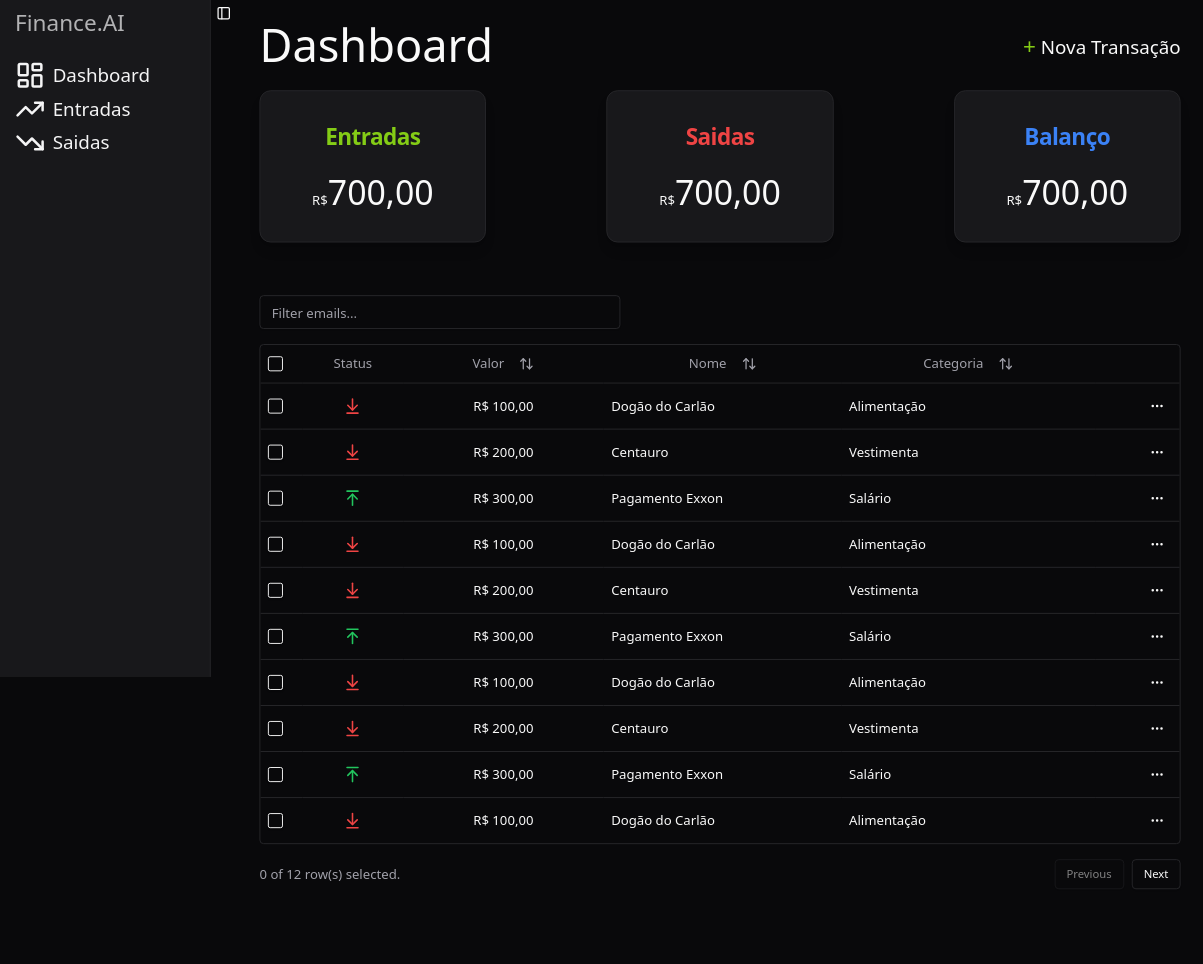
Repository: jvmotadev/web1front
Page: /
These files come from the project's save history. The page is drawn as it stood at one moment and after the next save; the edit follows.
The browser window is 1280 px wide. The pictures show the whole page, at 94% of full size.
The project was rebuilt for these pictures with package versions that can differ from the ones it lists, and the page was loaded fresh each time. Also part of the build but not shown: vite.config.ts, src/components/ui/separator.tsx, src/components/ui/sheet.tsx, src/components/ui/skeleton.tsx, src/components/ui/tooltip.tsx, src/components/ui/label.tsx, src/components/ui/tabs.tsx, src/components/ui/select.tsx and 7 more.

Above is the page before, as saved 2024-11-16 19:56:11.

After the next save:
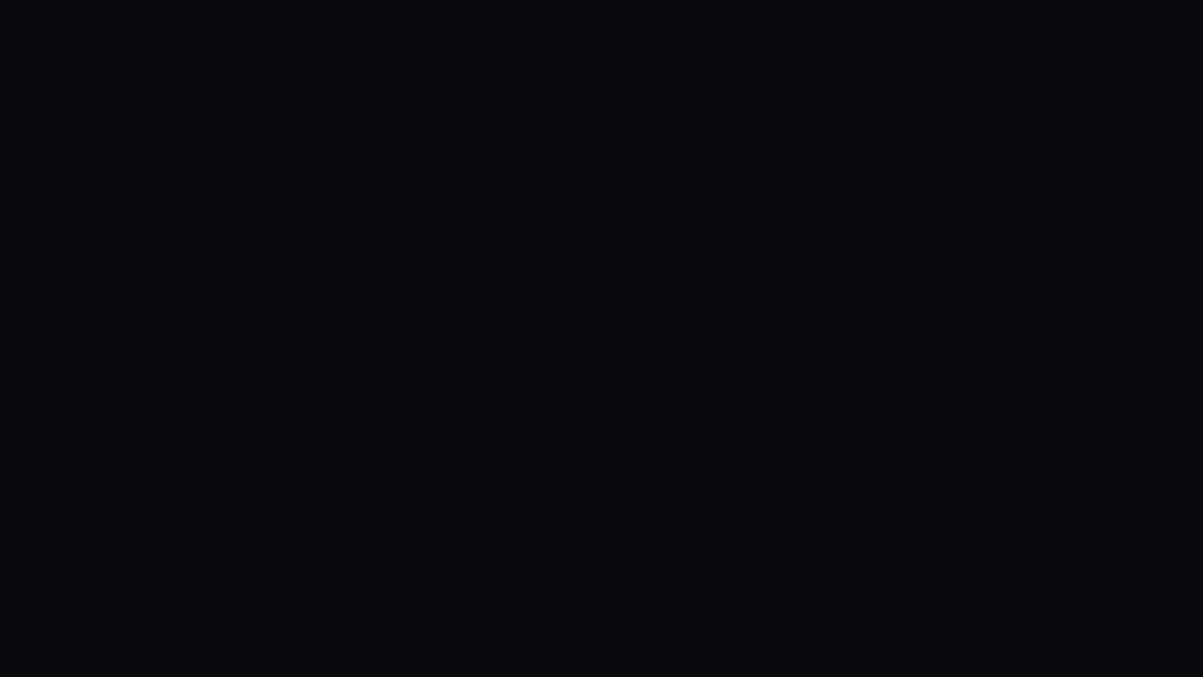
Console error: ReferenceError: SummaryCards is not defined
Saved 97 s later.
--- a/src/pages/dashboard.tsx
+++ b/src/pages/dashboard.tsx
@@ -29,34 +29,8 @@ const Dashboard = () => {
 
         </div>
         <div className="flex justify-between gap-x-32 mt-6">
-          <Card className='bg-zinc-900 flex-1 shadow-lg p-2 text-center'>
-            <CardHeader>
-              <CardTitle className="text-2xl text-lime-500">Entradas</CardTitle>
-            </CardHeader>
-            <CardContent>
-              <p className="text-4xl"><span className="text-sm">R$</span>700,00</p>
-            </CardContent>
-          </Card>
+        <SummaryCards />
 
-          <Card className='bg-zinc-900  flex-1  shadow-lg p-2 text-center'>
-            <CardHeader>
-            <CardTitle className="text-2xl text-red-500">Saidas</CardTitle>
-            </CardHeader>
-            <CardContent>
-                <p className="text-4xl"><span className="text-sm">R$</span>700,00</p>
-            </CardContent>
-
-          </Card>
-
-          <Card className='bg-zinc-900  flex-1  shadow-lg p-2 text-center'>
-            <CardHeader>
-            <CardTitle className="text-2xl text-blue-500">Balanço</CardTitle>
-            </CardHeader>
-            <CardContent>
-                <p className="text-4xl"><span className="text-sm">R$</span>700,00</p>
-            </CardContent>
-
-          </Card>
         </div>
         <div className="container mx-auto py-10">
           <DataTable columns={columns} data={staticPayments} />

After the save that followed:
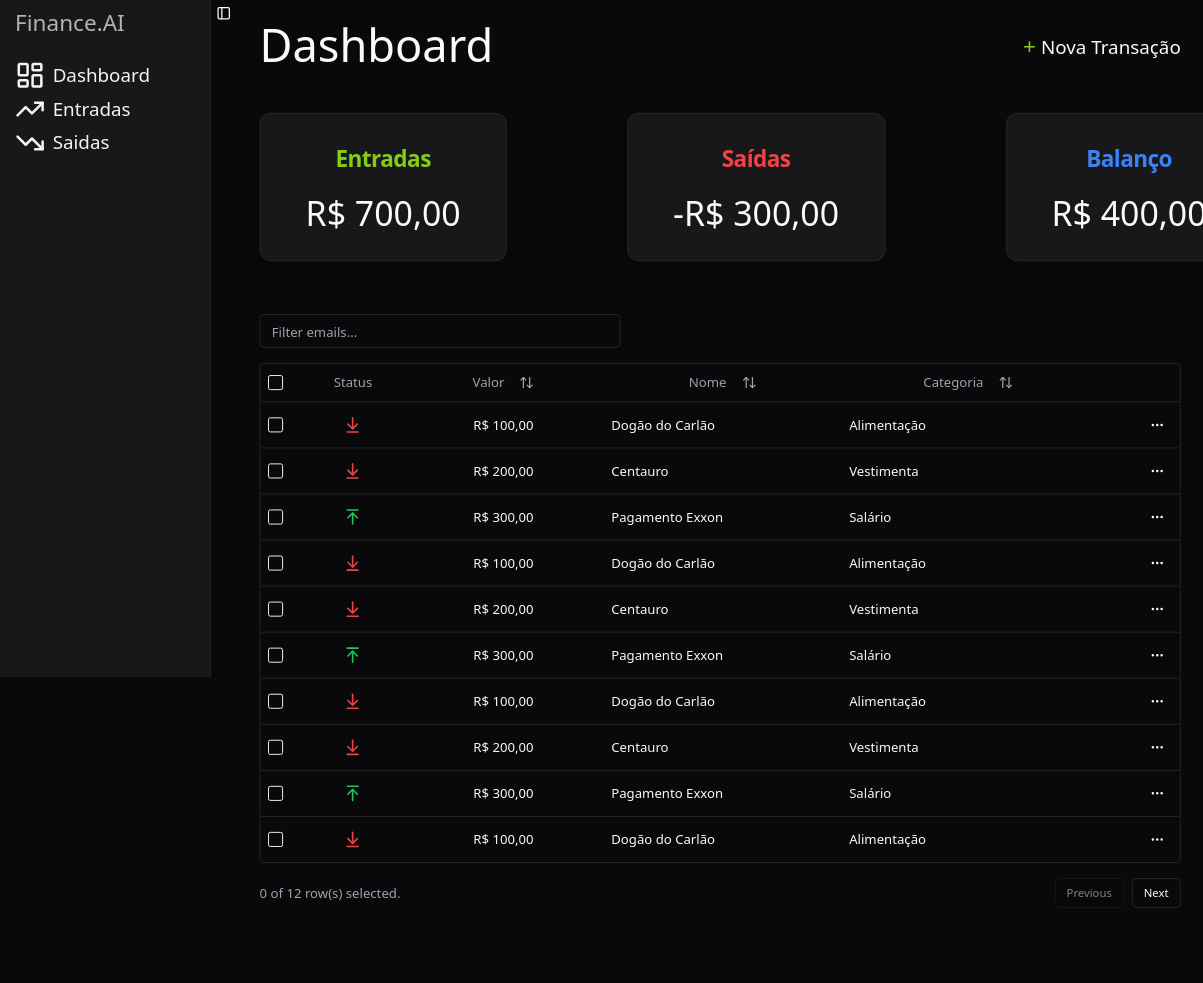
The error is gone.
Saved 6 s later.
--- a/src/pages/dashboard.tsx
+++ b/src/pages/dashboard.tsx
@@ -6,6 +6,7 @@ import { Transaction } from '@/app/transaction';
 import { columns } from '@/app/transaction-list/columns';
 import { DataTable } from '@/app/transaction-list/data-table';
 import { staticPayments } from '@/app/transaction-list/static-data';
+import { SummaryCards } from '@/app/cards';
 
 
 const Dashboard = () => {
